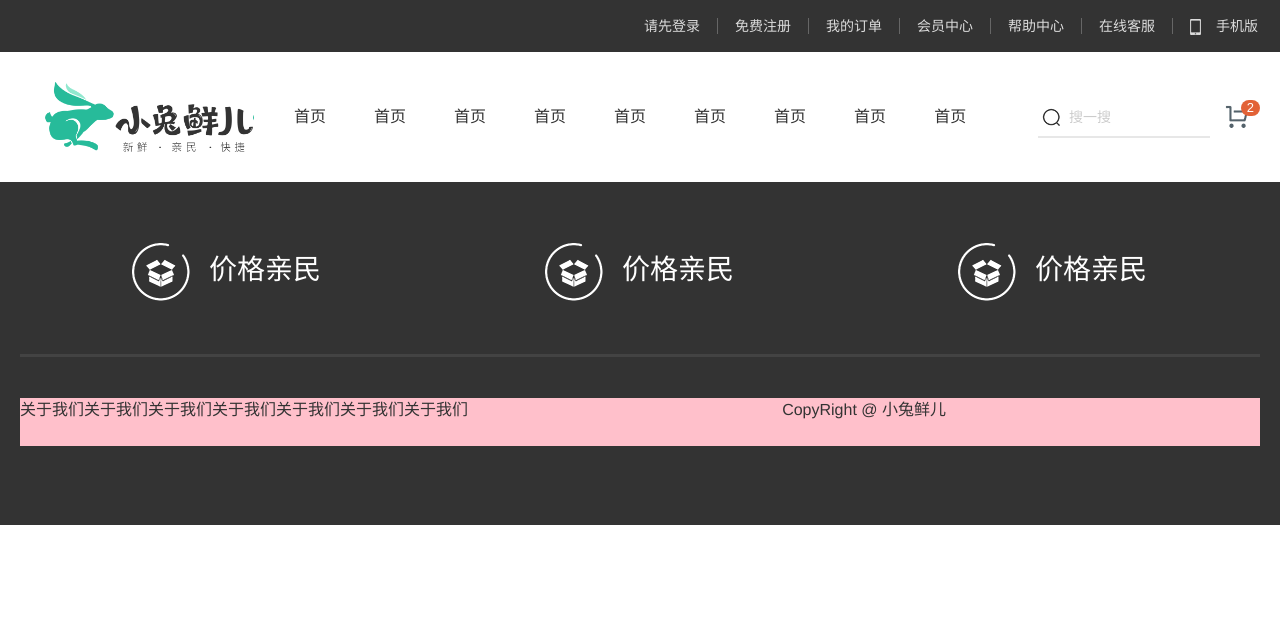
Repository: DengBiHua/xtx_pc_client
Page: index.html
The author's editor kept a copy of each file at every save. The page is drawn from the files as they stood at one save, then again after the next save.
The browser window is 1280 px wide. The pictures show the whole page.

Above is the page before, as saved 2022-04-16 15:37:34.

After the next save:
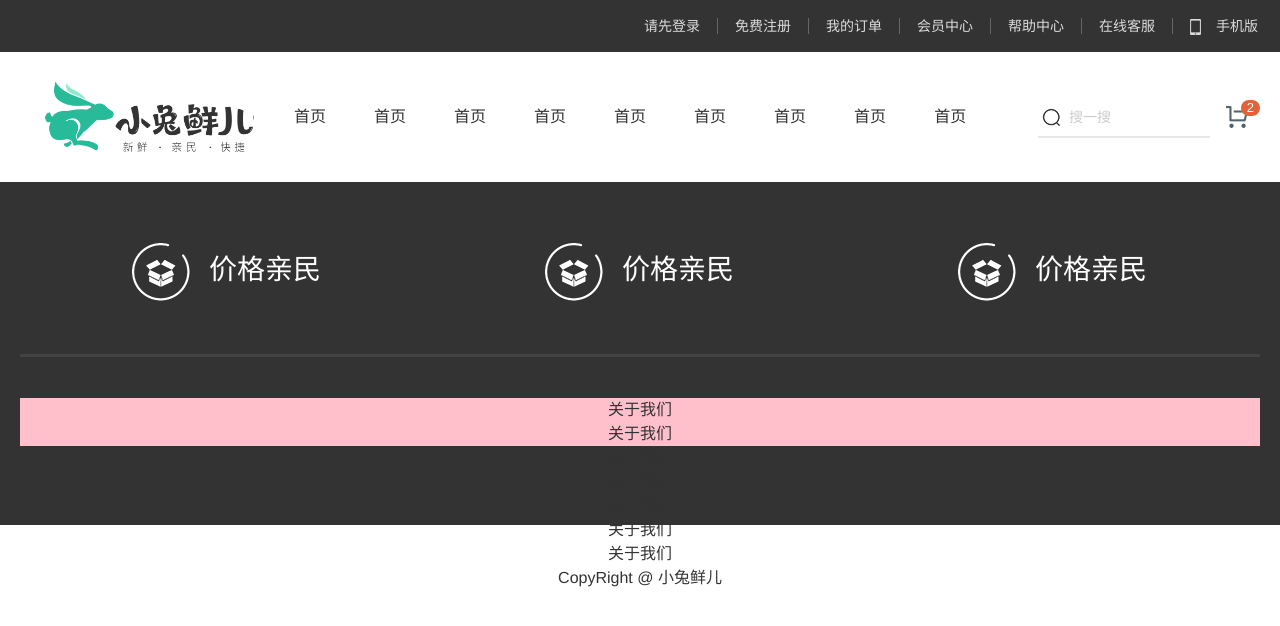
Saved 34 s later.
--- a/css/common.css
+++ b/css/common.css
@@ -177,6 +177,6 @@
     text-align: center;
 }
 
-.footer .bottom li {
+/* .footer .bottom li {
     float: left;
-}
+} */

After the save that followed:
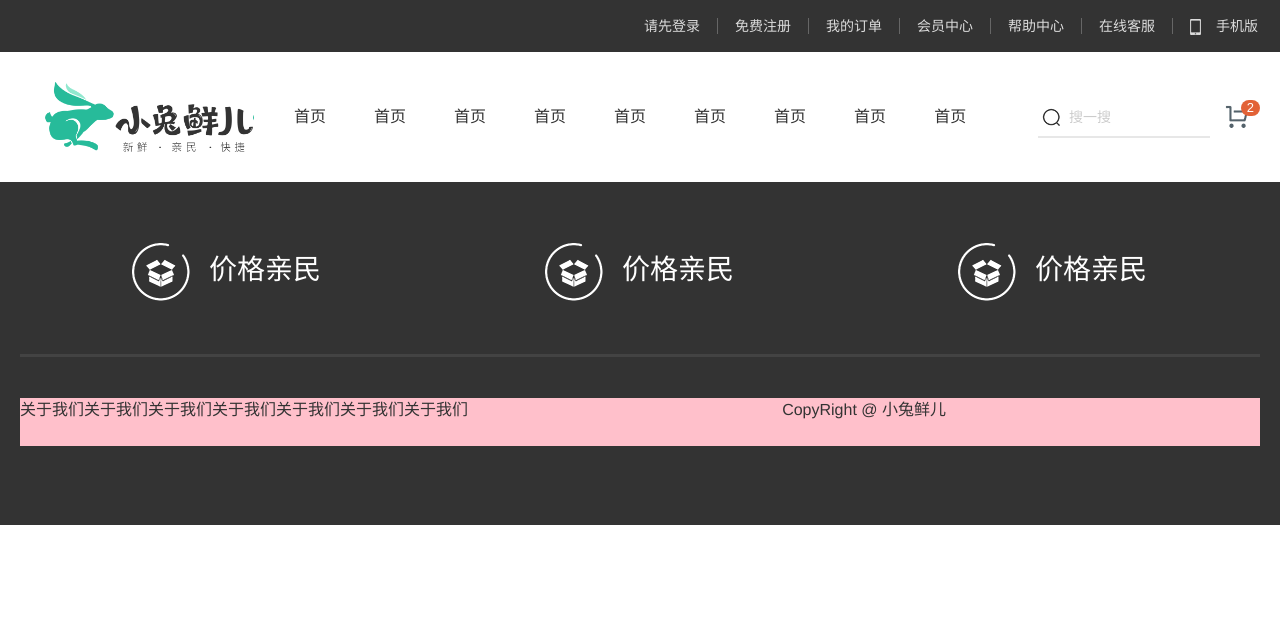
Saved 13 s later.
--- a/css/common.css
+++ b/css/common.css
@@ -177,6 +177,6 @@
     text-align: center;
 }
 
-/* .footer .bottom li {
+.footer .bottom li {
     float: left;
-} */
+}
